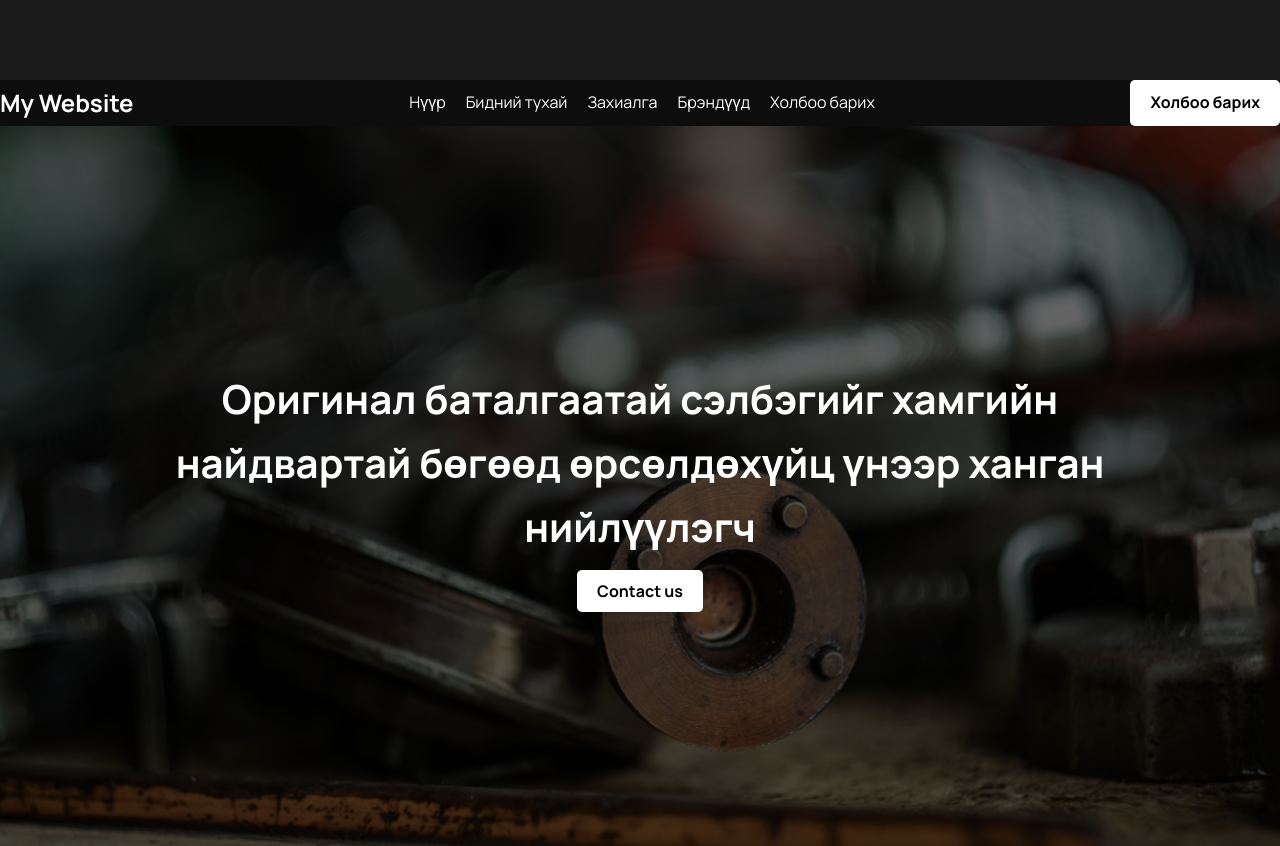
Repository: temuujinnn/mongol_kanain
Page: index.html
The author's editor kept a copy of each file at every save. The page is drawn from the files as they stood at one save, then again after the next save.
The browser window is 1280 px wide. The pictures show the whole page.

Above is the page before, as saved 2024-08-22 17:37:34.

After the next save:
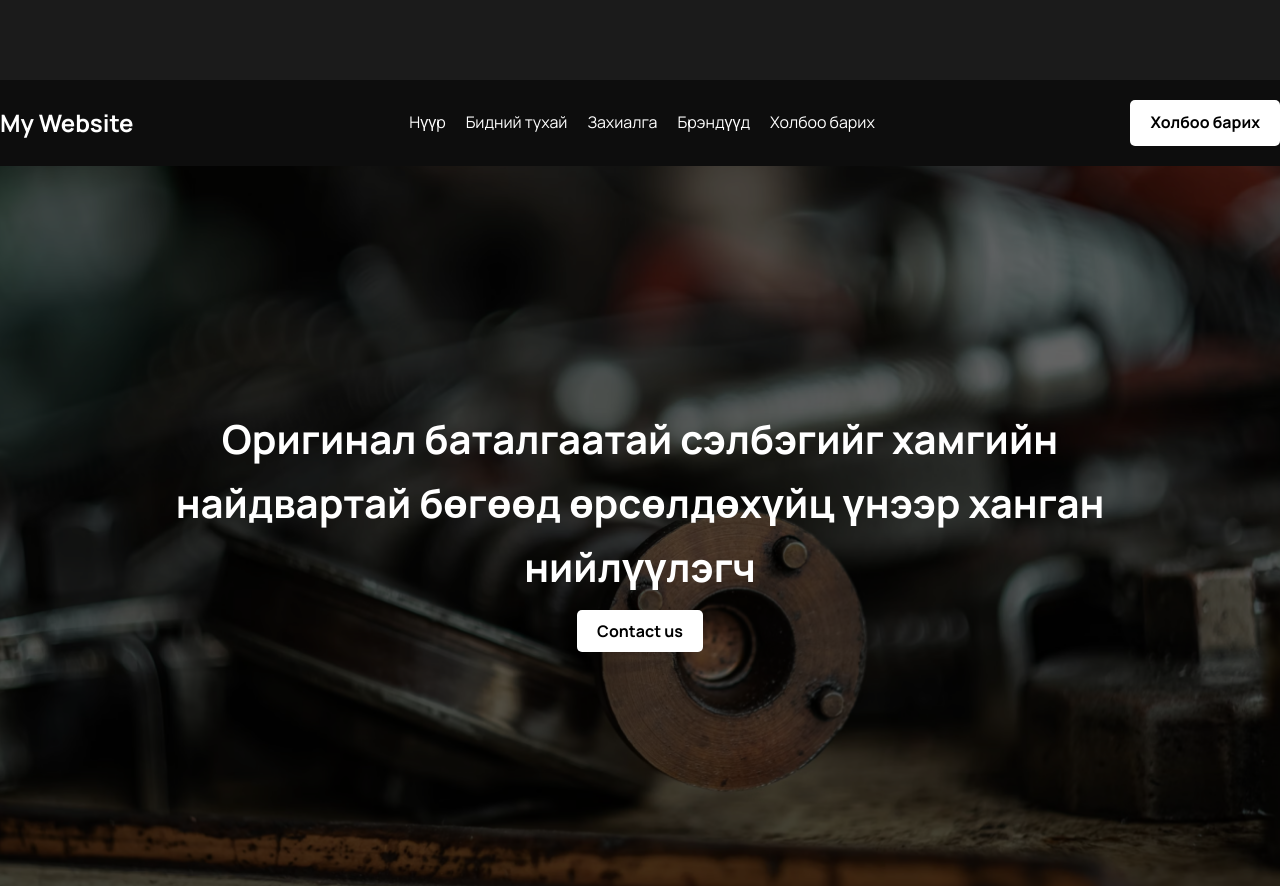
Saved 51 s later.
--- a/style.css
+++ b/style.css
@@ -16,12 +16,12 @@
 header {
     background-color: rgba(0, 0, 0, 0.5);
     /* Semi-transparent background */
-    /* padding: 20px 0; */
-    /* position: fixed; */
+    padding: 20px 0;
+    position: relative;
+    /* Ensure the header is not fixed */
     width: 100%;
-    top: 0;
-    left: 0;
     z-index: 1000;
+    /* Keep the header on top of other content */
 }
 
 header .container {
